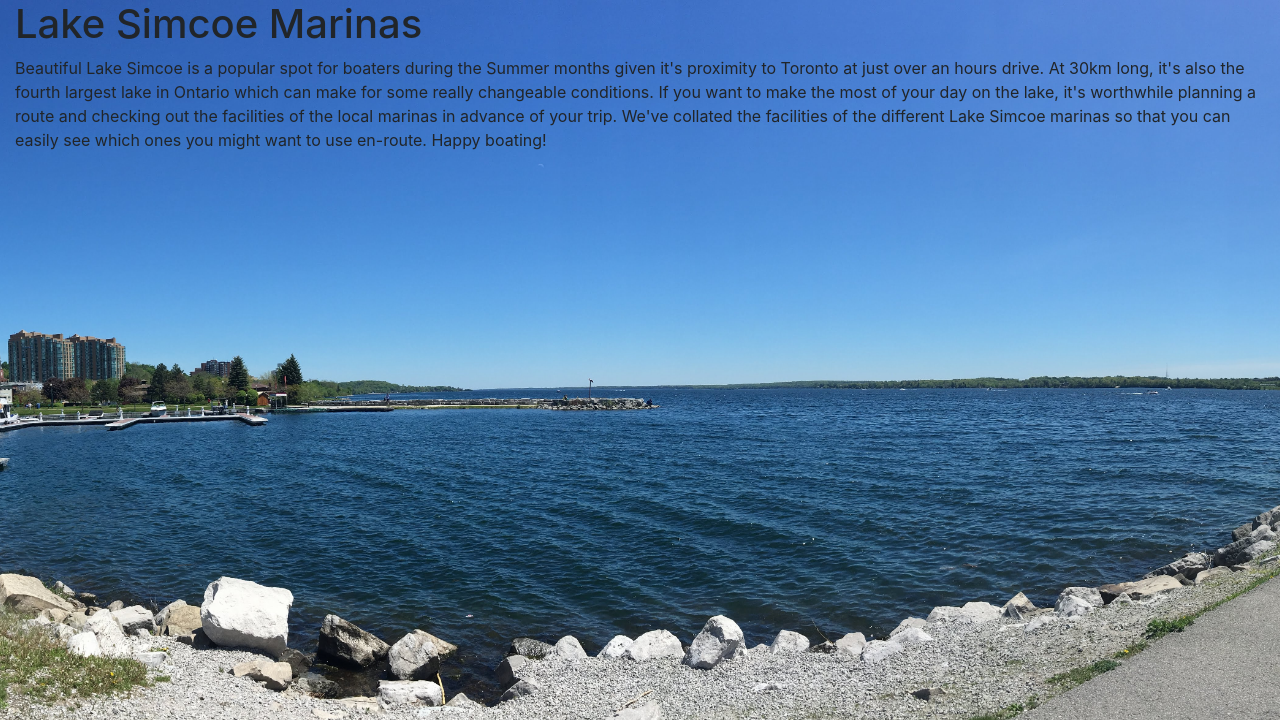
Repository: JayneyNix/milestone-2-interactive-frontend
Page: index.html
The author's editor kept a record of every edit. The page is drawn from the files as they stood at one moment, then again after the next edit.
The browser window is 1280 px wide. The pictures show the whole page.
Some web libraries are served in a nearby version.

Above is the page before.

### index.html
<!DOCTYPE html>
<html>

<head>
    <meta charset="UTF-8">
    <meta name="viewport" content="width=device-width, initial-scale=1.0">
    <meta http-equiv="X-UA-Compatible" content="ie=edge">

    <link rel="stylesheet" href="https://cdnjs.cloudflare.com/ajax/libs/twitter-bootstrap/4.3.1/css/bootstrap.min.css">
    <link rel="stylesheet" href="https://fonts.googleapis.com/css?family=Lato">
    <script src="https://kit.fontawesome.com/5e5eb58eda.js" crossorigin="anonymous"></script>
    <link rel="stylesheet" href="assets/css/style.css" type="text/css">






    <title>Lake Simcoe Marinas</title>
</head>

<body>
    <div class="container-fluid bg">
<div class="row">
    <div class="col-sm-12 heading">
        <h1>Lake Simcoe Marinas</h1>
    </div>
    <div class="col-sm-12">
        <p class="intro-text">
            Beautiful Lake Simcoe is a popular spot for boaters during the Summer months given it's proximity to Toronto at just over an hours drive. At 30km long, it's also the fourth largest lake in Ontario which can make for some really changeable conditions. If you want to make the most of your day on the lake, it's worthwhile planning a route and checking out the facilities of the local marinas in advance of your trip. We've collated the facilities of the different Lake Simcoe marinas so that you can easily see which ones you might want to use en-route. Happy boating!</p>
    </div>
    <div class="col-sm-12">
    <div id="map"></div>
    </div>
</div>

    </div>
    </div>

    </div>


    <script src="https://cdnjs.cloudflare.com/ajax/libs/jquery/3.4.1/jquery.slim.js"></script>
    <script src="https://cdnjs.cloudflare.com/ajax/libs/popper.js/1.15.0/umd/popper.min.js"></script>
    <script src="https://cdnjs.cloudflare.com/ajax/libs/twitter-bootstrap/4.3.1/js/bootstrap.min.js"></script>
    <link rel="stylesheet" href="assets/js/main.js" type="text/javascript">
</body>

</html>

### assets/css/style.css
.bg {
background: url(../images/barrie-marina.jpg);
    background-position: center;
    background-repeat: no-repeat;
    background-size: cover;
    width: 100vw;
    height: 100vh;
    -webkit-background-size: cover;
  -moz-background-size: cover;
  -o-background-size: cover;

}

After the next edit:
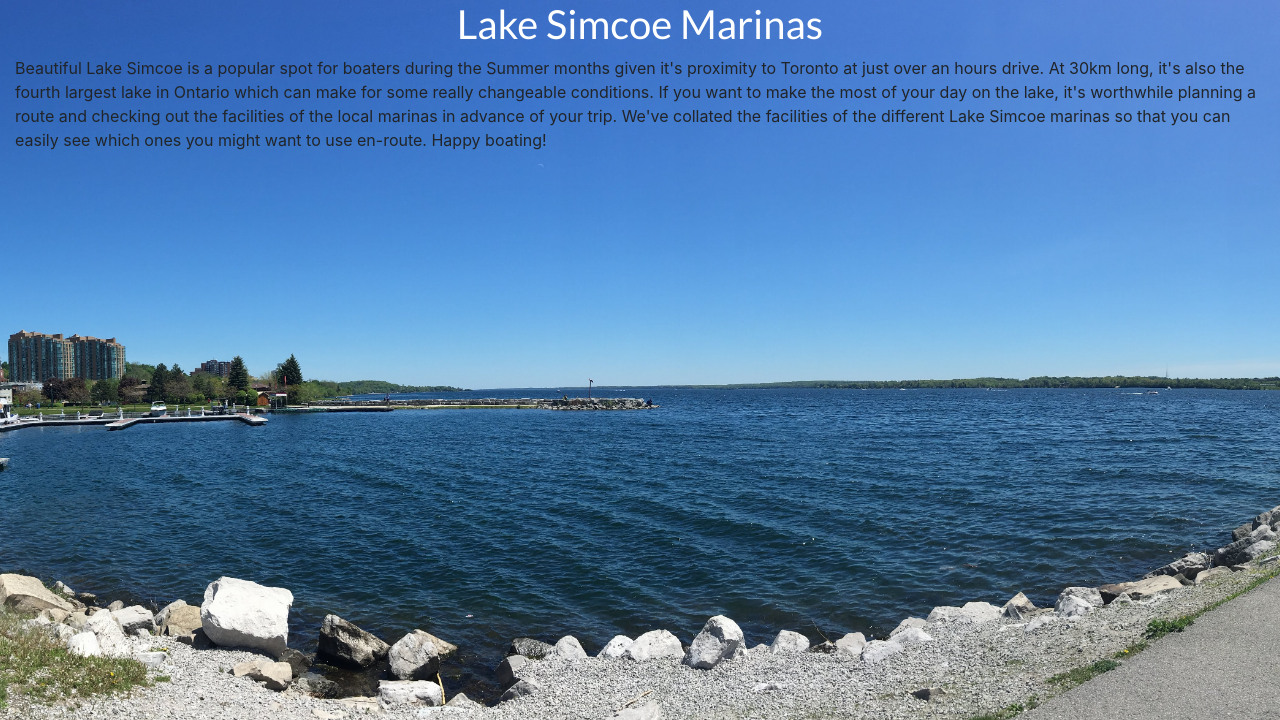
The edit:
--- a/assets/css/style.css
+++ b/assets/css/style.css
@@ -10,3 +10,10 @@
   -o-background-size: cover;
 
 }
+
+.heading {
+    text-align: center;
+    font-family: Lato;
+    font-size: 24px;
+    color: #fff;
+}
